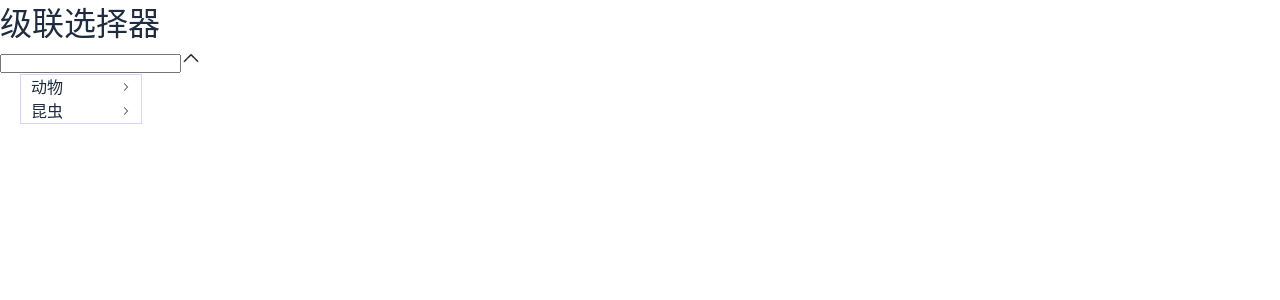
Repository: huming3272/Smile-UI
Page: /
These files come from the project's save history. The page is drawn as it stood at one moment and after the next save; the edit follows.
The browser window is 1280 px wide. The pictures show the whole page.
The project was rebuilt for these pictures with package versions that can differ from the ones it lists, and the page was loaded fresh each time. Also part of the build but not shown: src/lib/gulu.scss, src/lib/svg.js, src/components/Topnav.vue, src/views/Home.vue, src/lib/Breadcrumb.vue, src/views/Doc.vue, src/lib/Switch.vue, src/components/Switch/Switch1.demo.vue and 18 more. Imported but missing from the stored project, and not drawn on this page: src/lib/Tabs.vue, src/lib/openDialog.

Above is the page before, as saved 2022-06-05 18:30:20.

After the next save:
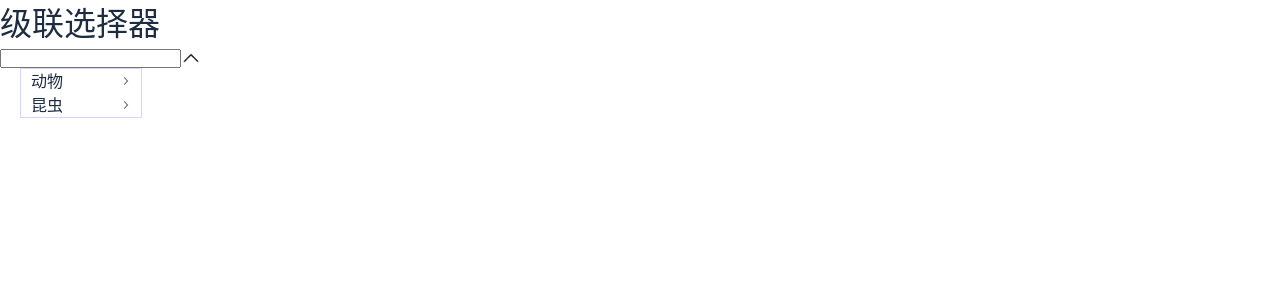
Saved 7 s later.
--- a/src/lib/Cascader.vue
+++ b/src/lib/Cascader.vue
@@ -128,6 +128,10 @@ export default {
     // width: 200px;
     // overflow:scroll;
   }
+  .inputWrapper{
+    display: flex;
+    align-items: center;
+  }
   .arrow{
 
     transition: all 0.5s;
